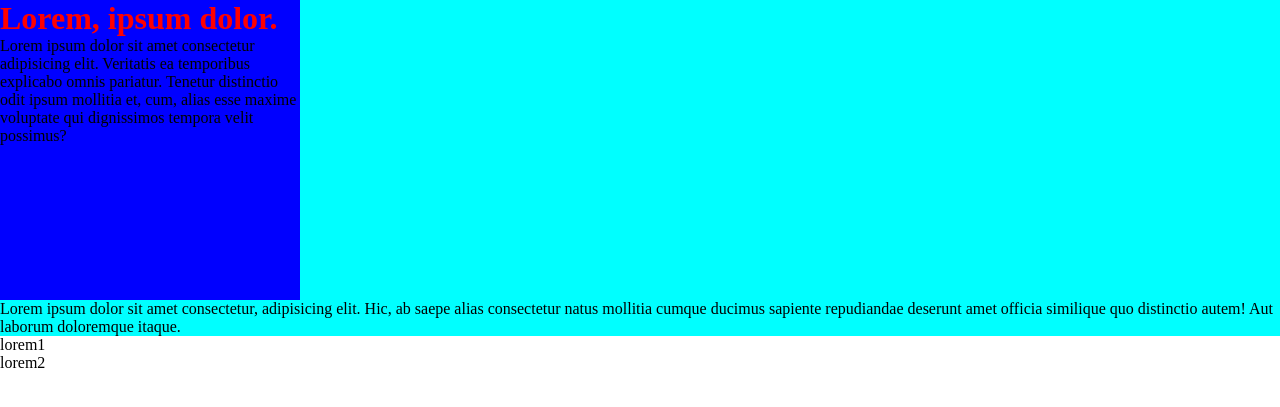
Repository: AytacSafarova/Scss-sample
Page: pages/homePage/index.html
An editor plug-in stored every save of this project. The page is shown before and after a run of saves, followed by the edit.
The browser window is 1280 px wide. The pictures show the whole page.
The style sheet was rebuilt from its Sass, Less or Tailwind sources for each picture, by a compiler version that may differ from the author's.

Above is the page before, as saved 2023-11-09 14:19:11.

### pages/homePage/index.html
<!DOCTYPE html>
<html lang="en">
  <head>
    <meta charset="UTF-8" />
    <meta name="viewport" content="width=device-width, initial-scale=1.0" />
    <title>Document</title>
    <link rel="stylesheet" href="../../assets/css/reset.css" />
    <link rel="stylesheet" href="./index.css">
  </head>
  <body>
    <div class="container">
      <div class="child">
        <h1>Lorem, ipsum dolor.</h1>
        <p>
          Lorem ipsum dolor sit amet consectetur adipisicing elit. Veritatis ea
          temporibus explicabo omnis pariatur. Tenetur distinctio odit ipsum
          mollitia et, cum, alias esse maxime voluptate qui dignissimos tempora
          velit possimus?
        </p>
      </div>
      <div class="child-1">
        <p>
          Lorem ipsum dolor sit amet consectetur, adipisicing elit. Hic, ab
          saepe alias consectetur natus mollitia cumque ducimus sapiente
          repudiandae deserunt amet officia similique quo distinctio autem! Aut
          laborum doloremque itaque.
        </p>
      </div>
    </div>
    <div class="container-1">
      <p>lorem1</p>
      <p>lorem2</p>
    </div>
  </body>
</html>

### assets/css/reset.css
*{
    margin: 0;
    padding: 0;
    box-sizing: border-box;
}
button{
    border: none;
}
li{
    list-style-type:none ;
}
a{
    text-decoration: none;
}

### pages/homePage/index.scss
.container {
  background-color: aqua;
  .child {
    width: 300px;
    height: 300px;
    background-color: blue;
    h1 {
      color: red;
    }
  }
  .child-1{

  }
}

After the next 2 saves:
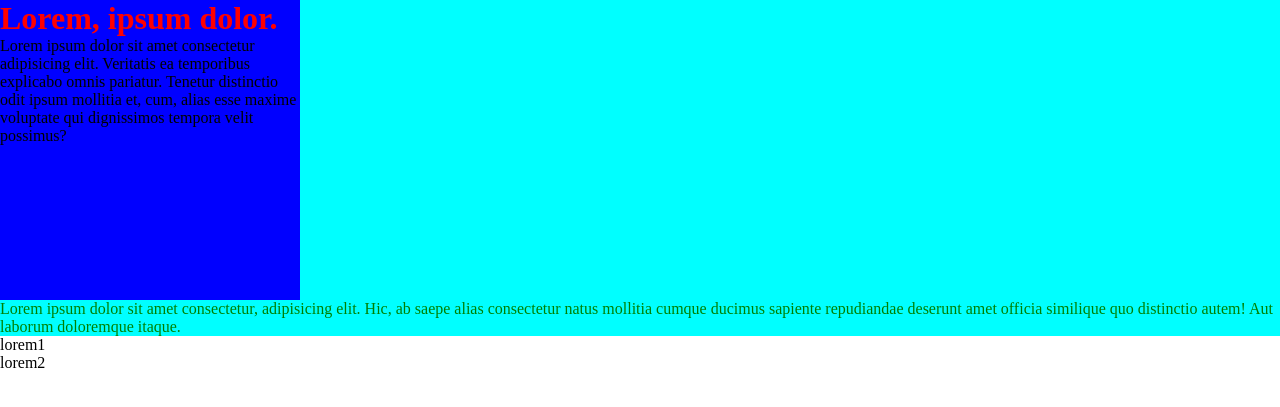
The 2 saves are shown as one change because they came seconds apart.
The last was saved 9 s later.
--- a/pages/homePage/index.scss
+++ b/pages/homePage/index.scss
@@ -9,6 +9,8 @@
     }
   }
   .child-1{
-
+    p{
+        color: green;
+    }
   }
 }

After the save that followed:
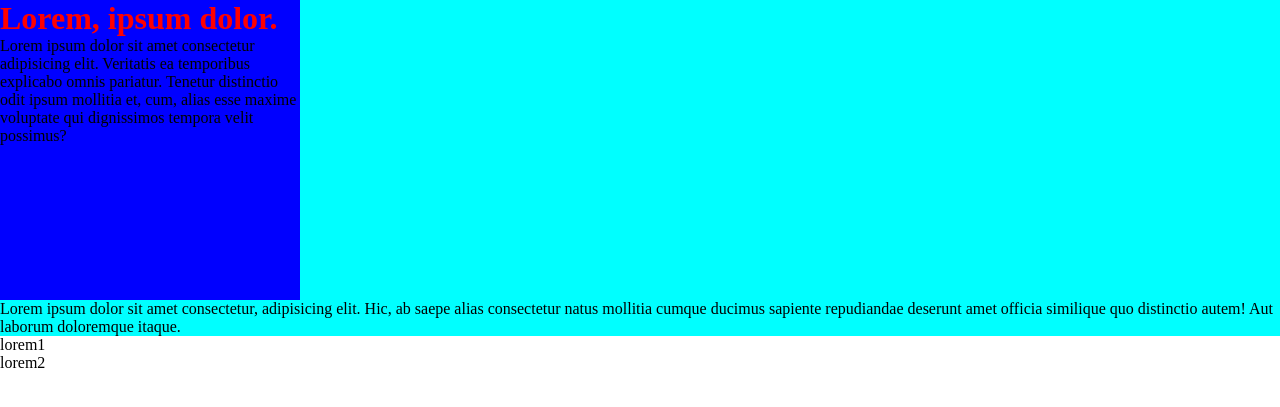
Saved 17 s later.
--- a/pages/homePage/index.scss
+++ b/pages/homePage/index.scss
@@ -8,9 +8,5 @@
       color: red;
     }
   }
-  .child-1{
-    p{
-        color: green;
-    }
-  }
+
 }
